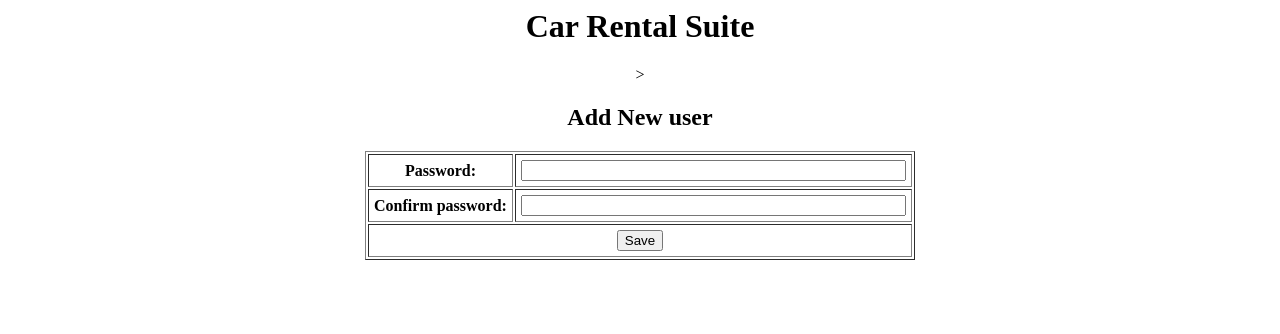
Repository: aforaswin/car-rental
Page: http://localhost/Car_Rental/change
The author's editor kept a copy of each file at every save. The page is drawn from the files as they stood at one save, then again after the next save.
The browser window is 1280 px wide. The pictures show the whole page.
The page is served by Tomcat 9. Other server files are loaded and not shown.

Above is the page before, as saved 2017-09-19 04:54:03.

### Car Rental/WebContent/Change.jsp
<%@ page language="java" contentType="text/html; charset=UTF-8"
    pageEncoding="UTF-8"%>
<%@ taglib uri="http://java.sun.com/jsp/jstl/core" prefix="c" %>
<html>
<head>
    <title>Car Database</title>
</head>
<body>
    <center>
        <h1>Car Rental Suite</h1>

    </center>
<div align="center">>

            <form action="insertUser" method="post">

        <table border="1" cellpadding="5">
            <caption>
                <h2>

                        Add New user

                </h2>
            </caption>
            <tr>
            <th>Password:</th>
            <td>
            <input type="password" name="password" size="45"
                             required id="password"
                    />
               </td>
               </tr>

           <tr>
           <th>Confirm password:</th>
           <td>
           <input name="password_confirm" required type="password" id="password_confirm" oninput="check(this)" size="45" />
           <script language='javascript' type='text/javascript'>
       function check(input) {
        if (input.value != document.getElementById('password').value) {
            input.setCustomValidity('Password Must be Matching.');
        } else {
            // input is valid -- reset the error message
            input.setCustomValidity('');
        }
    }
</script>

        <tr>
                <td colspan="2" align="center">
                    <input type="submit" value="Save" />
                </td>
            </tr>
        </table>
        </form>
    </div>
    <br>
  <%
int timeout = session.getMaxInactiveInterval();
response.setHeader("Refresh", timeout + "; URL = loginRedirect.jsp");
%>
</body>
</html>

After the next save:
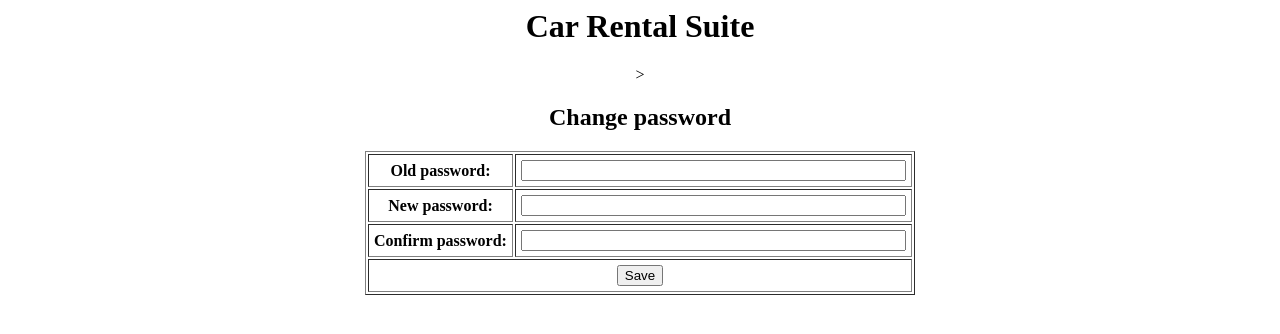
Saved 93 s later.
--- a/Car Rental/WebContent/Change.jsp
+++ b/Car Rental/WebContent/Change.jsp
@@ -12,18 +12,27 @@
     </center>
 <div align="center">>
 
-            <form action="insertUser" method="post">
+            <form action="changePassword" method="post">
 
         <table border="1" cellpadding="5">
             <caption>
                 <h2>
 
-                        Add New user
+                        Change password
 
                 </h2>
             </caption>
+             <tr>
+            <th>Old password:</th>
+            <td>
+            <input type="password" name="old_password" size="45"
+                             required
+                    />
+               </td>
+               </tr>
+
             <tr>
-            <th>Password:</th>
+            <th>New password:</th>
             <td>
             <input type="password" name="password" size="45"
                              required id="password"
